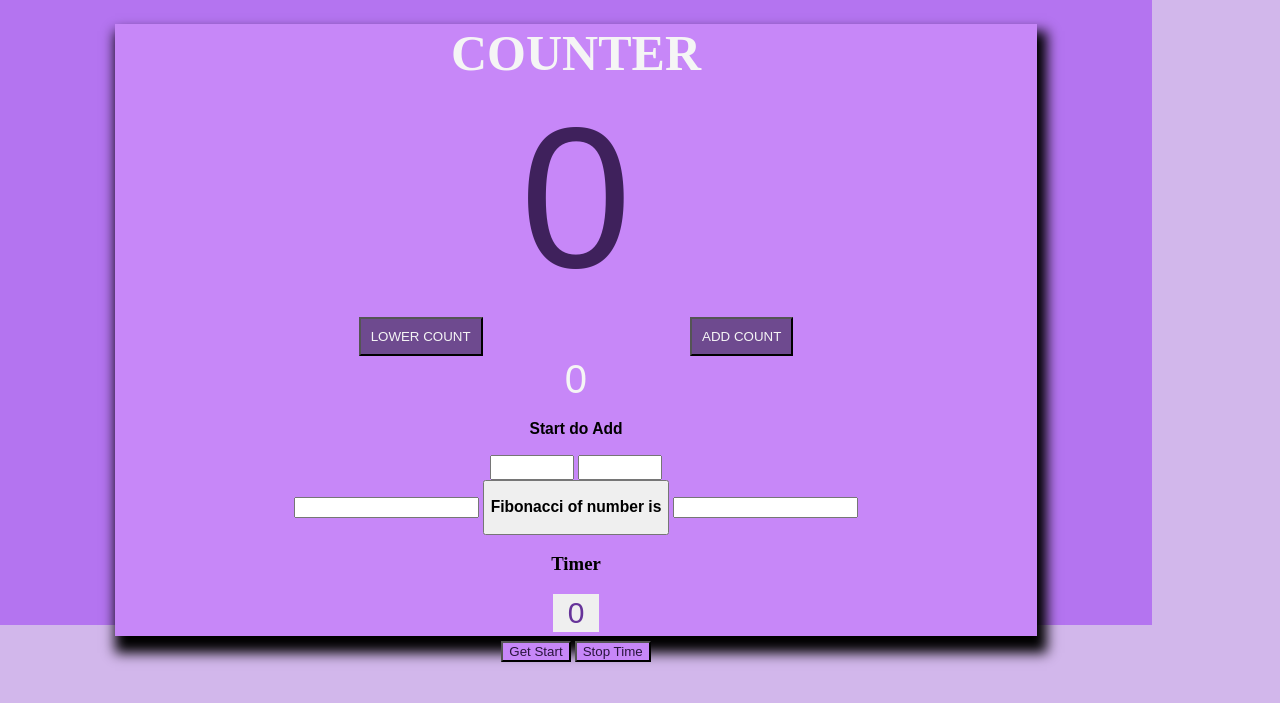
Repository: AnahitKhechumyan/Counter
Page: index.html
These files come from the project's save history. The page is drawn as it stood at one moment and after the next save; the edit follows.
The browser window is 1280 px wide. The pictures show the whole page.

Above is the page before, as saved 2022-02-15 23:50:20.

### index.html
<!DOCTYPE html>
<html lang="en">
<head>
    <meta charset="UTF-8">
    <meta http-equiv="X-UA-Compatible" content="IE=edge">
    <meta name="viewport" content="width=device-width, initial-scale=1.0">
    <link rel="stylesheet" href="style.css">
    <title>Counter</title>
</head>
<body>
    <div class="container">
       <div class="main">
            <div class="header">COUNTER</div>
            <button class= "counter">0</button>
            <div class = "change">
                 <button class ="decrement" type="button">LOWER COUNT</button>
                 <button class ="increment" type="button">ADD COUNT</button>
            </div>
            <button class= "sum">0</button> <br>
            <button class= "add" type="button"><h3>Start do Add</h3></button>
            <div >
                <input class ="firstInput" type="text" />
                <input class ="secondInput" type = "text"/>
           </div>
           <input class= "inputNumber" type="text"/>
           <button class= "fibonacci" type="button"><h3>Fibonacci of number is</h3></button>
           <input class= "inputFibonacci" type="text"/>
           <h3>Timer</h3>
           <button class= "timer">0</button>
            <div>
                <button class ="getTime">Get Start</button>
                <button class ="stopTime">Stop Time</button>
           </div>
        </div>
    </div>
    <script src= "script.js"></script>
</body>
</html>

### style.css
body{
    margin: 0;
    background-color: rgb(210, 183, 235);
}
.container{
    background-color: rgb(180, 116, 240);
    width: 90%;
    height: 85vh;

    padding-top: 1%;

}
.main{
    background-color: rgb(199, 135, 248);
    width: 80%;
    height: 85vh;
    margin: 1% 10%;
    box-shadow: 5px 12px 12px 5px;
    text-align: center;
}
.header{
    text-align: center;
    color:whitesmoke;
    font-size: 50px;
    font-weight: 700;
}

.counter{
    border:none;
    font-size:200px;
    color:rgb(63, 33, 92);
    background-color:rgb(199, 135, 248) ;

}
 .change{
     background-color:  rgb(199, 135, 248);
     font-size: 30px;
 }
.decrement{
    padding:10px;
    margin-right: 100px;
   background-color: rgb(110, 74, 143);
   color:whitesmoke;
}
.decrement:hover{
    background-color:whitesmoke;
    color:rgb(110, 74, 143);
    cursor:pointer;
}
.increment{
    padding:10px;
    margin-left: 100px;
    background-color: rgb(110, 74, 143);
    color:whitesmoke;
}
.increment:hover{
    background-color:whitesmoke;
    color:rgb(110, 74, 143);
    cursor:pointer;
}
.sum{
    border:none;
    background-color: rgb(199, 135, 248);
    color:whitesmoke;
    font-size: 40px;
}
.firstInput, .secondInput{
    width: 8%;
    padding:3px;
}
.timer{
    padding:2px 3px;
    font-size: 30px;
   width: 5%;
   border:none;
   color:rebeccapurple;
}

.getTime, .stopTime{
    margin-top:1%;
    background-color:rgb(199, 135, 248);
    color:rgb(41, 20, 61);
    cursor:pointer;
}
.getTime:hover, .stopTime:hover{
    background-color: whitesmoke;
    font-weight: 200;
}
h3{
    cursor:pointer;
}
.add{
    border:none;
    background-color: rgb(199, 135, 248);
}

### script.js
let counterElem = document.querySelector('.counter');
let addCount = document.querySelector('.increment');
let lowerCount =document.querySelector('.decrement');
let getTimer = document.querySelector('.getTime');
let stopTimer = document.querySelector('.stopTime');
let goTimer = document.querySelector('.timer');
let startAdd = document.querySelector('.add');
let addSum = document.querySelector('.sum');
let firstNum = document.querySelector('.firstInput');
let secondNum = document.querySelector('.secondInput');


    let count = 0;
    updateDisplay();

 addCount.addEventListener("click",()=>{
    count++;
    updateDisplay();
});
lowerCount.addEventListener("click",()=>{
    count--;
    updateDisplay();
});

function updateDisplay(){
    counterElem.innerHTML = count;
};


startAdd.addEventListener("click",()=>{
    let x = firstNum.value;
    let y = secondNum.value;
   addSum.innerHTML = add(x)(y);
   firstNum.value= " ";
   secondNum.value = " ";

});

 let sum = 0;
function add(x){
    return  function(y){
     return Number(x) + Number(y);
    }
};


    countTime=0;
 function getTime(){
    countTime++;
    goTimer.innerHTML = countTime;
 }
   let timer = 0;
  getTimer.addEventListener("click",()=>{
    timer = setInterval(getTime,1000);
});

stopTimer.addEventListener("click",()=>{
    clearInterval(timer);
    countTime = 0;
    goTimer.innerHTML = 0;
});

After the next save:
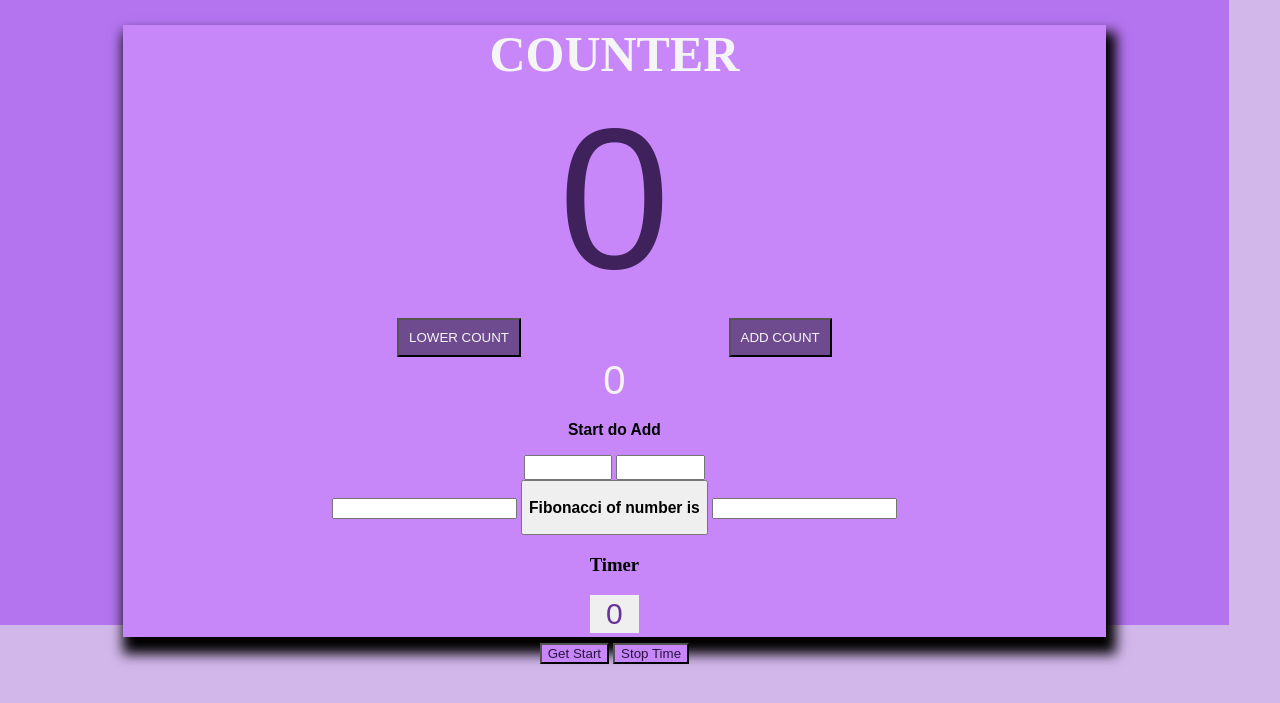
Saved 30 s later.
--- a/style.css
+++ b/style.css
@@ -4,7 +4,7 @@ body{
 }
 .container{
     background-color: rgb(180, 116, 240);
-    width: 90%;
+    width: 96%;
     height: 85vh;
 
     padding-top: 1%;
